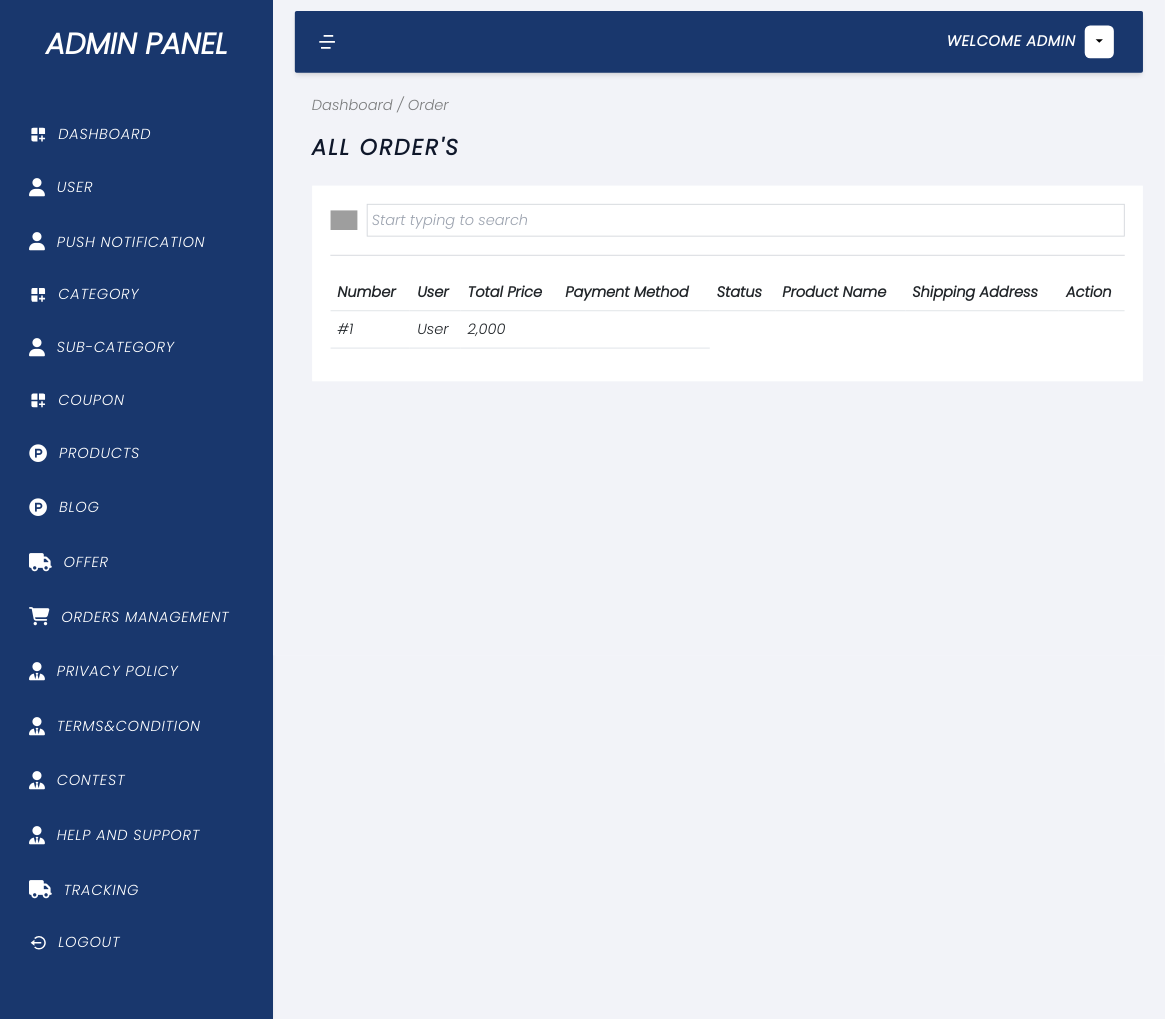
Repository: arpanmalik/project-khanna
Page: /Orders
The author's editor kept a copy of each file at every save. The page is drawn from the files as they stood at one save, then again after the next save.
The browser window is 1280 px wide. The pictures show the whole page, at 91% of full size.
Pictures or frames that could not be fetched are drawn as grey boxes. The page's requests for data from a server got no answer. Some web libraries are served in a nearby version. The project was rebuilt for these pictures with package versions that can differ from the ones it lists, and the page was loaded fresh each time. No one was signed in, and anything a server would have sent is missing. Also part of the build but not shown: src/E-CommerceAdmin/forms/Login.jsx, src/E-CommerceAdmin/pages/Dashboard.jsx, src/E-CommerceAdmin/pages/ECategory.js, src/E-CommerceAdmin/pages/EProduct.js, src/E-CommerceAdmin/pages/EVendorList.js, src/E-CommerceAdmin/pages/EAdminProduct.js, src/E-CommerceAdmin/pages/EAdminDelivery.js, src/E-CommerceAdmin/pages/EAdminCustomer.js and 11 more. Imported but missing from the stored project, and not drawn on this page: src/E-CommerceVendor/forms/EVendorLogin, src/E-CommerceVendor/pages/EVCategory, src/E-CommerceVendor/pages/EVCoupon, src/E-CommerceVendor/pages/EVDashboard, src/E-CommerceVendor/pages/EVOrders, src/E-CommerceVendor/pages/EVProduct, src/E-CommerceVendor/pages/EVSubCategory.

Above is the page before, as saved 2023-05-16 17:25:08.

### public/index.html
<!-- @format -->

<!DOCTYPE html>
<html lang="en">
  <head>
    <meta charset="utf-8" />
    <meta name="viewport" content="width=device-width, initial-scale=1" />
    <meta name="theme-color" content="#000000" />
    <meta
      name="description"
      content="Web site created using create-react-app"
    />
    <link rel="manifest" href="%PUBLIC_URL%/manifest.json" />
    <link rel="preconnect" href="https://fonts.googleapis.com">
<link rel="preconnect" href="https://fonts.gstatic.com" crossorigin>
<link href="https://fonts.googleapis.com/css2?family=Roboto+Mono:ital,wght@1,300&display=swap" rel="stylesheet">
    <title>Admin Panel</title>
  </head>
  <body>
    <noscript>You need to enable JavaScript to run this app.</noscript>
    <div id="root"></div>
    <script src="https://code.jquery.com/jquery-3.6.0.min.js"></script>
    <script src="https://kit.fontawesome.com/b533b351e4.js" crossorigin="anonymous"></script>
  </body>
</html>

### src/index.css
/** @format */

@tailwind base;
@tailwind components;
@tailwind utilities;

@import url("https://fonts.googleapis.com/css2?family=Roboto+Mono:ital,wght@1,300&display=swap");
@font-face {
  font-family: Roboto;
  src: url("./Fonts/Poppins-LightItalic.ttf");
}

body {
  margin: 0;
  font-family: Roboto !important;
  -webkit-font-smoothing: antialiased;
  -moz-osx-font-smoothing: grayscale;
}

code {
  font-family: Roboto !important;
}

html {
  font-family: Roboto !important;
}

::-webkit-scrollbar {
  width: 10px;
}
.fa-trash {
  color: red;
  cursor: pointer;
}

.iCOn {
  transition: 0.5s;
  box-shadow: none;
  transform: scale(1);
}
.cardDiv {
  cursor: pointer;
}

.cardDiv:hover .iCOn {
  box-shadow: rgba(0, 0, 0, 0.35) 0px 5px 15px;
  transform: scale(1.3);
}

/* Track */
::-webkit-scrollbar-track {
  background: #f1f1f1;
}

/* Handle */
::-webkit-scrollbar-thumb {
  background: #888;
}

/* Handle on hover */
::-webkit-scrollbar-thumb:hover {
  background: #555;
}
.profileImage {
  width: 100px;
}
.fa-eye {
  color: #029aff;
  cursor: pointer;
}
.fa-edit {
  cursor: pointer;
  color: blue;
}

.View {
  border: 1px solid black;
  width: 100%;
  padding: 10px;
}

.main-card--container {
  display: grid;
  grid-template-columns: repeat(3, minmax(300px, 500px));
  grid-gap: 50px;
  justify-content: space-around;
}
.card-container {
  margin: 25px 0 auto;
  box-shadow: rgba(0, 0, 0, 0.35) 0px 5px 15px;
  position: relative;
  display: grid;
  grid-template-columns: 1fr;
  justify-content: space-around;
  align-items: flex-start;
}

.myEdit:focus {
  box-shadow: rgba(0, 0, 0, 0.35) 0px 5px 15px;
}

.AstroLogin {
  color: #fff;
  background-color: #2b7a8e;
  padding: 10px;
  width: 380px;
  text-align: center;
  font-size: 20px;
  background: linear-gradient(to left, #2b7a8e 50%, #fff 50%) right;
  background-size: 200%;
  transition: 0.5s ease-out;
  border: 1px solid #2b7a8e;
  margin-top: 10px;
  text-transform: uppercase;
}
.AstroLogin:hover {
  background-position: left;
  color: #2b7a8e;
}

.EcommerceAdminLogin {
  color: #fff;
  background-color: #19376d;
  padding: 10px;
  width: 380px;
  text-align: center;
  font-size: 20px;
  background: linear-gradient(to left, #19376d 50%, #fff 50%) right;
  background-size: 200%;
  transition: 0.5s ease-out;
  border: 1px solid #19376d;
  margin-top: 10px;
  text-transform: uppercase;
}

.EcommerceAdminLogin:hover {
  background-position: left;
  color: #19376d;
}
.EcommerceVendorLogin {
  color: #fff;
  background-color: #576cbc;
  padding: 10px;
  width: 380px;
  text-align: center;
  font-size: 20px;
  background: linear-gradient(to left, #576cbc 50%, #fff 50%) right;
  background-size: 200%;
  transition: 0.5s ease-out;
  border: 1px solid #576cbc;
  margin-top: 10px;
  text-transform: uppercase;
}

.EcommerceVendorLogin:hover {
  background-position: left;
  color: #576cbc;
}

.view {
  background-color: #2196f3;
  color: #fff;
  width: 50%;
  padding: 5px;
}

.two-sec {
  display: flex;
  justify-content: space-evenly;
  justify-content: space-evenly;
}
.two-sec .left {
  width: 60%;
  background-color: #f6f1ef;
  padding: 20px;
}
.two-sec .left .head {
  font-size: 25px;
  font-weight: bold;
}

.two-sec .right {
  width: 30%;
  background-color: #f6f1ef;
}

.searchDiv {
  width: 100%;
  display: flex;
  gap: 10px;
  border: 1px solid rgb(179, 179, 179);
  padding: 10px;
  margin-bottom: 20px;
  align-items: center;
}
.searchDiv input {
  width: 94%;
  outline: none;
  border: none;
}

.flexCont {
  display: flex;
  align-items: center;
  gap: 10px;
}
.flexCont img {
  width: 60px;
  background-color: #e9ecef;
}

.blockContent {
  display: block;
}
.blockContent p {
  margin: 0;
}

.checkBox {
  width: 50px;
  height: 25px;
  background-color: #e9ecef;
  border-radius: 50px;
  position: relative;
  cursor: pointer;
}
.checkBox span {
  width: 20px;
  height: 20px;
  border-radius: 100%;
  background-color: #fff;
  position: absolute;
  left: 5px;
  top: 2px;
}
.ActivecheckBox {
  width: 50px;
  height: 25px;
  background-color: #0d6efd;
  border-radius: 50px;
  position: relative;
  cursor: pointer;
}
.ActivecheckBox span {
  width: 20px;
  height: 20px;
  border-radius: 100%;
  background-color: #fff;
  position: absolute;
  right: 5px;
  top: 2px;
}

.fa-eye {
  color: #0cba73;
  background-color: #d6f8e8;
  width: 40px;
  text-align: center;
  height: 40px;
  display: flex;
  border-radius: 100%;
  justify-content: center;
  padding-top: 10px;
  transition: 0.5s;
}

.fa-pen-to-square {
  color: #f4c39c;
  background-color: #ffebdb;
  width: 40px;
  text-align: center;
  height: 40px;
  display: flex;
  border-radius: 100%;
  justify-content: center;
  padding-top: 10px;
  cursor: pointer;
  transition: 0.5s;
}
.fa-trash {
  color: #df939f;
  background-color: #ffe1e8;
  width: 40px;
  text-align: center;
  height: 40px;
  display: flex;
  border-radius: 100%;
  justify-content: center;
  padding-top: 10px;
  cursor: pointer;
  transition: 0.5s;
}
.fa-trash:hover {
  transform: scale(1.2);
}
.fa-eye:hover {
  transform: scale(1.2);
}
.fa-pen-to-square:hover {
  transform: scale(1.2);
}
.required {
  color: #e74260;
}

.headP {
  margin-left: 2%;
  color: #7b7c7d;
}
.filterBox {
  display: flex;
  align-items: center;
  gap: 10px;
  border-bottom: 1px solid #d4d7dc;
  padding-bottom: 20px;
  margin-bottom: 20px;
}
.filterBox img {
  width: 30px;
}
.filterBox input {
  width: 100%;
  border: 1px solid #d4d7dc;
  outline: none;
  padding: 5px;
  color: black;
}
.sectionCont {
  width: 98%;
  background-color: #fff;
  margin-left: 2%;
  padding: 20px;
}

.overFlowCont {
  width: 100%;
  overflow-x: auto;
}

.logo {
  width: 300px;
  margin-bottom: 20px;
}

.updateProfile {
  margin-left: 20px;
  border: 1px solid #fff;
  border-radius: 100%;
  font-size: 1.2rem;
  padding: 10px;
  transition: 0.5s;
  cursor: pointer;
}
.updateProfile:hover {
  border: 1px solid #19376d;
  color: #19376d;
  background-color: #fff;
}

.Normalbtn {
  background-color: #19376d !important;
  border: 1px solid #19376d !important;
  border-radius: 0px !important;
}

.ImageCarousel {
  width: 150px !important;
  margin: 0px !important;
  height: 150px !important;
}
.CarouselImages {
  width: 150px !important;
  height: 150px !important;
}
.CarouselImages img {
  width: 100% !important;
  height: 100% !important;
}

.ModalCarousel {
  width: 100% !important;
  height: 500px !important;
}
.ModalCarousel {
  width: 100% !important;
  height: 500px !important;
}
.ModalCarousel img {
  width: 100% !important;
  height: 500px !important;
}

.gridCont {
  display: grid;
  grid-template-columns: auto auto auto;
  justify-content: space-evenly;
}
.gridCont div {
  width: 400px;
  /* height: 300px; */
  box-shadow: rgba(0, 0, 0, 0.35) 0px 5px 15px;
  padding: 10px;
  position: relative;
  margin-top: 20px;
}
.gridCont div img {
  width: 100%;
}
.delete-Btn {
  width: 100%;
  color: #c44b3f;
  border: 1px solid #c44b3f;
  transition: 0.5s;
  padding: 10px;
}

.delete-Btn:hover {
  background-color: #c44b3f;
  color: #fff;
}

.BannerCarousel {
  width: 300px;
  margin: 0px !important;
}
.BannerCarouselImage {
  width: 300px;
}
.BannerCarouselImage img {
  width: 100%;
}

.pagination {
  display: flex;
  justify-content: center;
  align-items: center;
  gap: 10px;
  margin-bottom: 20px;
}
.pagination button {
  border: 1px solid black;
  padding: 10px;
}

.activePage {
  background-color: #19376d;
  color: #fff;
  border: 1px solid #19376d !important;
}

.active {
  background-color: #fff;
  color: #19376d !important;
}
.prevBtn {
  background-color: #fff;
  color: #19376d;
  border: 1px solid #19376d !important;
  transition: 0.5s;
}

.prevBtn:hover,
.prevBtn:focus,
.prevBtn:active {
  background-color: #19376d;
  color: #fff;
  border: 1px solid #19376d !important;
}
.nextBtn {
  background-color: #fff;
  color: #19376d;
  border: 1px solid #19376d !important;
  transition: 0.5s;
}

.nextBtn:hover,
.nextBtn:focus,
.nextBtn:active {
  background-color: #19376d;
  color: #fff;
  border: 1px solid #19376d !important;
}

.dangerBox {
  position: relative;
}
.dangerBox i {
  position: absolute;
  top: 50%;
  left: 90%;
  transform: translate(-50%, -50%);
  cursor: pointer;
}



#dropdown-basic{
  background-color: white;
  color: #000;
  border: none;
}

### src/E-CommerceAdmin/pages/EAdminOrders.js
/** @format */

import axios from "axios";
import React, { useEffect, useState } from "react";
import { Alert, Badge, Button, Form, Modal, Table } from "react-bootstrap";
import HOC from "../layout/HOC";

const EAdminOrders = () => {
  const [modalShow, setModalShow] = useState(false);
  const [data, setData] = useState([]);

    // Pagination and Filter
    const [query, setQuery] = useState("");
    const [currentPage2, setCurrentPage2] = useState(1);
    const [postPerPage2] = useState(10);
    const lastPostIndex2 = currentPage2 * postPerPage2;
    const firstPostIndex2 = lastPostIndex2 - postPerPage2;

    let pages2 = [];

    const TotolData = query
      ? data?.filter(
          (i) =>
            i?.user?.toLowerCase().includes(query?.toLowerCase())
        )
      : data;

    useEffect(() => {
      if (query) {
        setCurrentPage2(1);
      }
    }, [query]);

    const slicedData = TotolData?.slice(firstPostIndex2, lastPostIndex2);

    for (let i = 1; i <= Math.ceil(TotolData?.length / postPerPage2); i++) {
      pages2.push(i);
    }

    function Next() {
      setCurrentPage2(currentPage2 + 1);
    }

    function Prev() {
      if (currentPage2 !== 1) {
        setCurrentPage2(currentPage2 - 1);
      }
    }

  const fetchData = async () => {
    try {
      const { data } = await axios.get(
        "http://ec2-65-1-248-95.ap-south-1.compute.amazonaws.com:8886/api/order"
      );
      setData(data.orders);
    } catch (e) {
      console.log("Order Err=>", e);
    }
  };

  useEffect(() => {
    fetchData();
  }, []);

  function EditStatus(props) {
    return (
      <Modal
        {...props}
        size="lg"
        aria-labelledby="contained-modal-title-vcenter"
        centered
      >
        <Modal.Header closeButton>
          <Modal.Title id="contained-modal-title-vcenter">
            Edit Status
          </Modal.Title>
        </Modal.Header>
        <Modal.Body>
          <Form>
            <Form.Select aria-label="Default select example" className="mb-3">
              <option>--Edit Status--</option>
              <option value="1">Shipped</option>
              <option value="2">Pending</option>
              <option value="3">Canceled</option>
            </Form.Select>
            <Button variant="outline-success">Submit</Button>
          </Form>
        </Modal.Body>
      </Modal>
    );
  }

  return (
    <>
      <EditStatus show={modalShow} onHide={() => setModalShow(false)} />
      <section>
        <p className="headP">Dashboard / Order</p>

        <div
          className="pb-4 sticky top-0  w-full flex justify-between items-center"
          style={{ width: "98%", marginLeft: "2%" }}
        >
          <span
            className="tracking-widest text-slate-900 font-semibold uppercase"
            style={{ fontSize: "1.5rem" }}
          >
            All Order's
          </span>
        </div>
        <section className="sectionCont">

          <div className="filterBox">
            <img
              src="https://t4.ftcdn.net/jpg/01/41/97/61/360_F_141976137_kQrdYIvfn3e0RT1EWbZOmQciOKLMgCwG.jpg"
              alt=""
            />
            <input type="search" placeholder="Start typing to search"    />
          </div>
          <div className="overFlowCont">
            <Table>
              <thead>
                <tr>
                  <th>Number</th>
                  <th>User</th>
                  <th>Total Price</th>
                  <th>Payment Method</th>
                  <th>Status</th>
                  <th>Product Name</th>
                  <th>Shipping Address</th>
                  <th>Action</th>
                </tr>
              </thead>
              <tbody>
                <tr>
                  <td>#1</td>
                  <td>User</td>
                  <td>2,000</td>
                  <td></td>
                </tr>
              </tbody>
            </Table>
          </div>



        </section>
      </section>
    </>
  );
};

export default HOC(EAdminOrders);

### src/E-CommerceAdmin/layout/HOC.jsx
/** @format */

import React, { useState } from "react";
import Navbar from "./Navbar";
import Sidebar from "./Sidebar";

const HOC = (Wcomponenet) => {
  return function Component() {
    const [hamb, setHamb] = useState(false);
    return (
      <>
        <section
          className="flex overflow-x-hidden relative "
          style={{ backgroundColor: "#f2f3f8" }}
        >
          {/* Sidebar */}
          <div
            className={
              hamb
                ? " absolute top-0 z-30 md:w-auto shadow-md bg-slate-200  w-60 transition-all md:-left-full left duration-150  h-auto overflow-y-auto  left-0 "
                : " md:w-72 z-30 bg-slate-200  shadow-md  md:static absolute top-0 -left-full   transition-all duration-150  overflow-y-auto h-auto"
            }
            style={{ minWidth: "300px" }}
          >
            <Sidebar hamb={hamb} setHamb={setHamb} />
          </div>
          {/* Components & Navbar */}
          <div
            className={
              hamb
                ? " transition-all px-4 py-2  duration-150 w-full h-screen"
                : " w-full h-screen  px-4 py-2   z-50 transition-all duration-150 "
            }
            style={{ backgroundColor: "#f2f3f8" }}
          >
            <Navbar hamb={hamb} setHamb={setHamb} />
            <div className="my-6 text-#000 h-[87%] wcomp overflow-y-auto">
              {" "}
              <Wcomponenet />
            </div>
          </div>
        </section>
      </>
    );
  };
};

export default HOC;

### src/E-CommerceAdmin/layout/Navbar.jsx
/** @format */
import { RiMenu4Line } from "react-icons/ri";
import Dropdown from "react-bootstrap/Dropdown";
import { UpdateProfile } from "../../Modals";
import { useState } from "react";
import { useNavigate } from "react-router-dom";
import { toast } from "react-toastify";

const Navbar = ({ hamb, setHamb }) => {
  const [modalShow, setModalShow] = useState(false);
  const navigate = useNavigate();

  function LogOut () {
    navigate('/')
    toast.success("Logged Out")
  }

  return (
    <>
      <UpdateProfile show={modalShow} onHide={() => setModalShow(false)} />
      <div
        className={
          hamb
            ? "flex  w-full justify-between  my-1 rounded-sm  p-4 py-3 shadow-md items-center  bg-slate-200 space-x-4"
            : "flex  w-full justify-between my-1 rounded-sm  p-4 py-3 shadow-md items-center  bg-slate-200 space-x-4"
        }
        style={{ backgroundColor: "#19376d" }}
      >
        <RiMenu4Line
          onClick={() => setHamb(!hamb)}
          className="text-2xl font-bold text-gray-900 hover:scale-90 cursor-pointer"
          style={{ color: "#fff" }}
        />

        <section className="flex sm:ml-auto justify-end sm:w-full items-center space-x-2  pr-2">
          <figcaption
            className="tracking-wider pl-1 font-semibold d-flex"
            style={{ gap: "10px", alignItems: "center" }}
          >
            <div
              className="lg:text-base text-sm text-gray-900  uppercase"
              style={{ color: "#fff" }}
            >
              Welcome Admin
            </div>
            <Dropdown>
              <Dropdown.Toggle id="dropdown-basic"></Dropdown.Toggle>

              <Dropdown.Menu>
                <Dropdown.Item onClick={() => setModalShow(true)}>
                  Update Profile <i className="fa-solid fa-user"></i>{" "}
                </Dropdown.Item>
                <Dropdown.Item onClick={() => LogOut()} >
                  Logout <i className="fa-solid fa-right-from-bracket"></i>{" "}
                </Dropdown.Item>
              </Dropdown.Menu>
            </Dropdown>
          </figcaption>
        </section>
      </div>
    </>
  );
};

export default Navbar;

### src/E-CommerceAdmin/layout/Sidebar.jsx
/** @format */

import React from "react";
import { RiCloseLine } from "react-icons/ri";
import { Link, useNavigate } from "react-router-dom";
import { BiLogOutCircle } from "react-icons/bi";
import { MdDashboardCustomize } from "react-icons/md";

const Sidebar = ({ hamb, setHamb }) => {
  const navigate = useNavigate();

  const nav = [
    {
      icon: <MdDashboardCustomize className="text-xl mr-3 rounded-full " />,
      link: "/dashboard ",
      name: "Dashboard",
    },
    {
      icon: <i className="fa-solid fa-user text-xl mr-3 rounded-full"></i>,
      link: "/Admin",
      name: "User",
    },
    {
      icon: <i className="fa-solid fa-user text-xl mr-3 rounded-full"></i>,
      link: "/pushNotification",
      name: "Push Notification",
    },  {
      icon: <MdDashboardCustomize className="text-xl mr-3 rounded-full " />,
      link: "/Category",
      name: "Category",
    },

    {
      icon: <i className="fa-solid fa-user text-xl mr-3 rounded-full"></i>,
      link: "/sub-category",
      name: "Sub-Category",
    },

    {
      icon: <MdDashboardCustomize className="text-xl mr-3 rounded-full " />,
      link: "/coupon",
      name: "Coupon",
    },
    {
      icon: (
        <i className="fa-brands fa-product-hunt text-xl mr-3 rounded-full"></i>
      ),
      link: "/Product",
      name: "Products",
    },
    {
      icon: (
        <i className="fa-brands fa-product-hunt text-xl mr-3 rounded-full"></i>
      ),
      link: "/banner",
      name: "Blog",
    },



    // {
    //   icon: <MdDashboardCustomize className="text-xl mr-3 rounded-full " />,
    //   link: "/getMeThis",
    //   name: "Get Me This",
    // },
    {
      icon: <i className="fa-solid fa-truck  text-xl mr-3 rounded-full"></i>,
      link: "/Support",
      name: "Offer",
    },

    {
      icon: (
        <i className="fa-solid fa-cart-shopping text-xl mr-3 rounded-full"></i>
      ),
      link: "/Orders",
      name: "Orders Management",
    },

    {
      icon: <i className="fa-solid fa-user-tie text-xl mr-3 rounded-full"></i>,
      link: "/privacy",
      name: "Privacy Policy",
    },
    {
      icon: <i className="fa-solid fa-user-tie text-xl mr-3 rounded-full"></i>,
      link: "/terms",
      name: "Terms&Condition",
    },
    {
      icon: <i className="fa-solid fa-user-tie text-xl mr-3 rounded-full"></i>,
      link: "/helpSupport",
      name: "Contest",
    },
    {
      icon: <i className="fa-solid fa-user-tie text-xl mr-3 rounded-full"></i>,
      link: "/complaints",
      name: "Help and Support",
    },
  ];

  const logOut = () => {
    localStorage.clear()
    navigate("/");
  };

  return (
    <>
      <aside
        className="p-4 h-auto"
        style={{ backgroundColor: "#19376d", minHeight: "100vh" }}
      >
        {/* Top */}
        <div className="w-full md:hidden relative  p-2 mb-4">
          <RiCloseLine
            onClick={() => setHamb(!hamb)}
            className="text-3xl  absolute top-2 sm:hover:rotate-[228deg] transition-transform font-bold right-2 sm:hover:text-[22px] text-[rgb(241,146,46)] cursor-pointer"
          />
        </div>{" "}
        <figure className="flex  flex-col items-center">
          <span
            className="font-bold text-[#fff]"
            style={{
              fontSize: "2rem",
              textAlign: "center",
              textTransform: "uppercase",
            }}
          >
            {" "}
            ADMIN PANEL
          </span>
        </figure>
        <nav className="py-6">
          {nav.map((nav) => {
            return (
              <Link
                to={nav.link}
                key={nav.name}
                className=""
                style={{ textDecoration: "none", textTransform: "uppercase" }}
              >
                <span
                  className="flex my-3 items-center cursor-pointer text-gray-900    tracking-wider p-2 rounded-sm"
                  style={{ color: "#FFF" }}
                >
                  {nav.icon} {nav.name}
                </span>
              </Link>
            );
          })}
          <span
            className="flex my-3 items-center cursor-pointer text-gray-900    tracking-wider p-2 rounded-sm"
            style={{ color: "#FFF", textTransform: "uppercase" }}
          >
           <i className="fa-solid fa-truck  text-xl mr-3 rounded-full"></i> Tracking
          </span>
          <span
            className="flex my-3 items-center cursor-pointer text-gray-900    tracking-wider p-2 rounded-sm"
            onClick={() => logOut()}
            style={{ color: "#FFF", textTransform: "uppercase" }}
          >
            <BiLogOutCircle className="text-xl mr-3 rounded-full " /> LogOut
          </span>

        </nav>
      </aside>
    </>
  );
};

export default Sidebar;

Loaded but not shown: tailwind.config.js (common file); src/App.js (91 lines, source omitted); src/Modals.js (41 lines, source omitted); src/index.js (15 lines, source omitted)

After the next save:
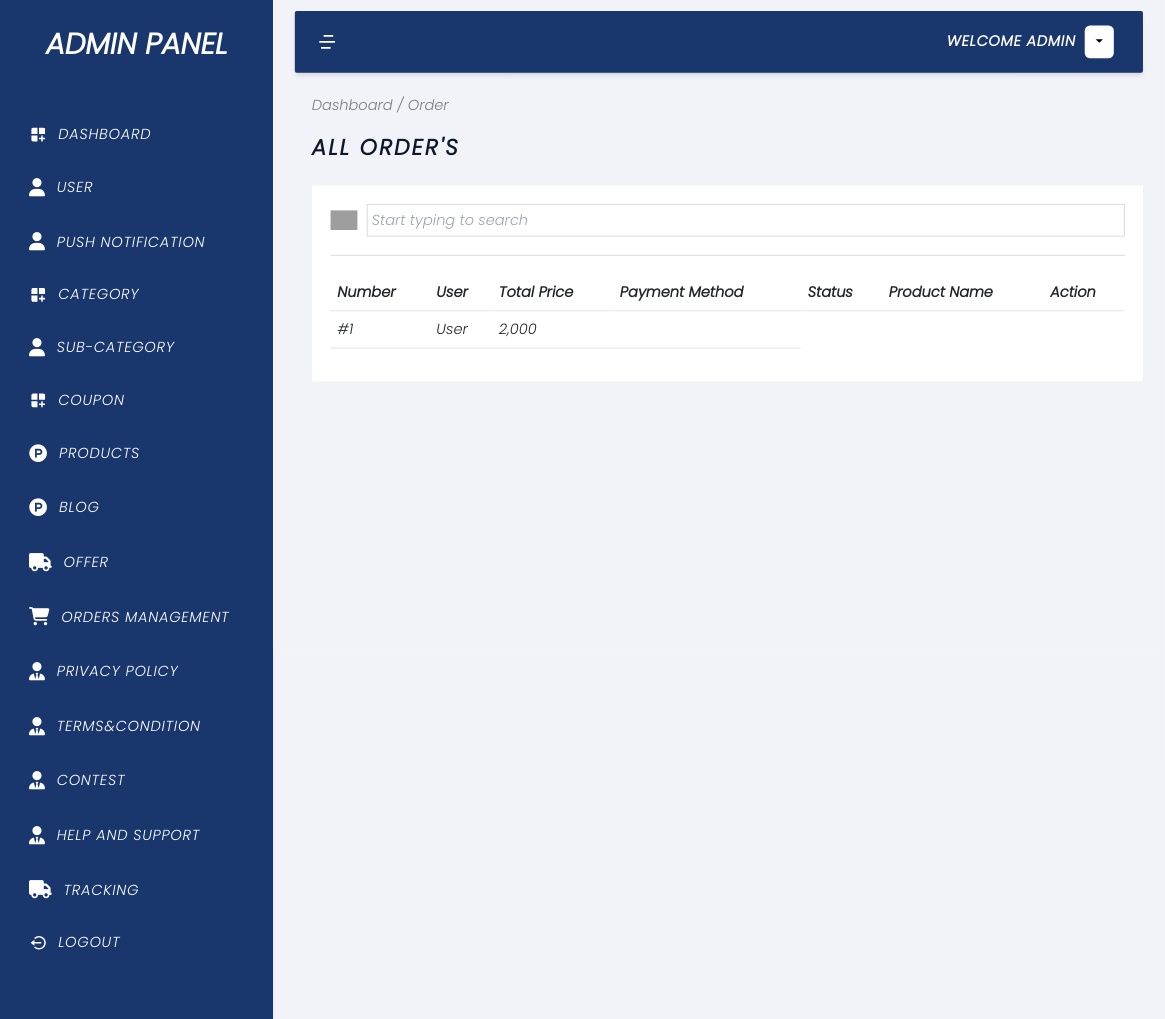
Saved 4 s later.
--- a/src/E-CommerceAdmin/pages/EAdminOrders.js
+++ b/src/E-CommerceAdmin/pages/EAdminOrders.js
@@ -126,7 +126,6 @@ const EAdminOrders = () => {
                   <th>Payment Method</th>
                   <th>Status</th>
                   <th>Product Name</th>
-                  <th>Shipping Address</th>
                   <th>Action</th>
                 </tr>
               </thead>
